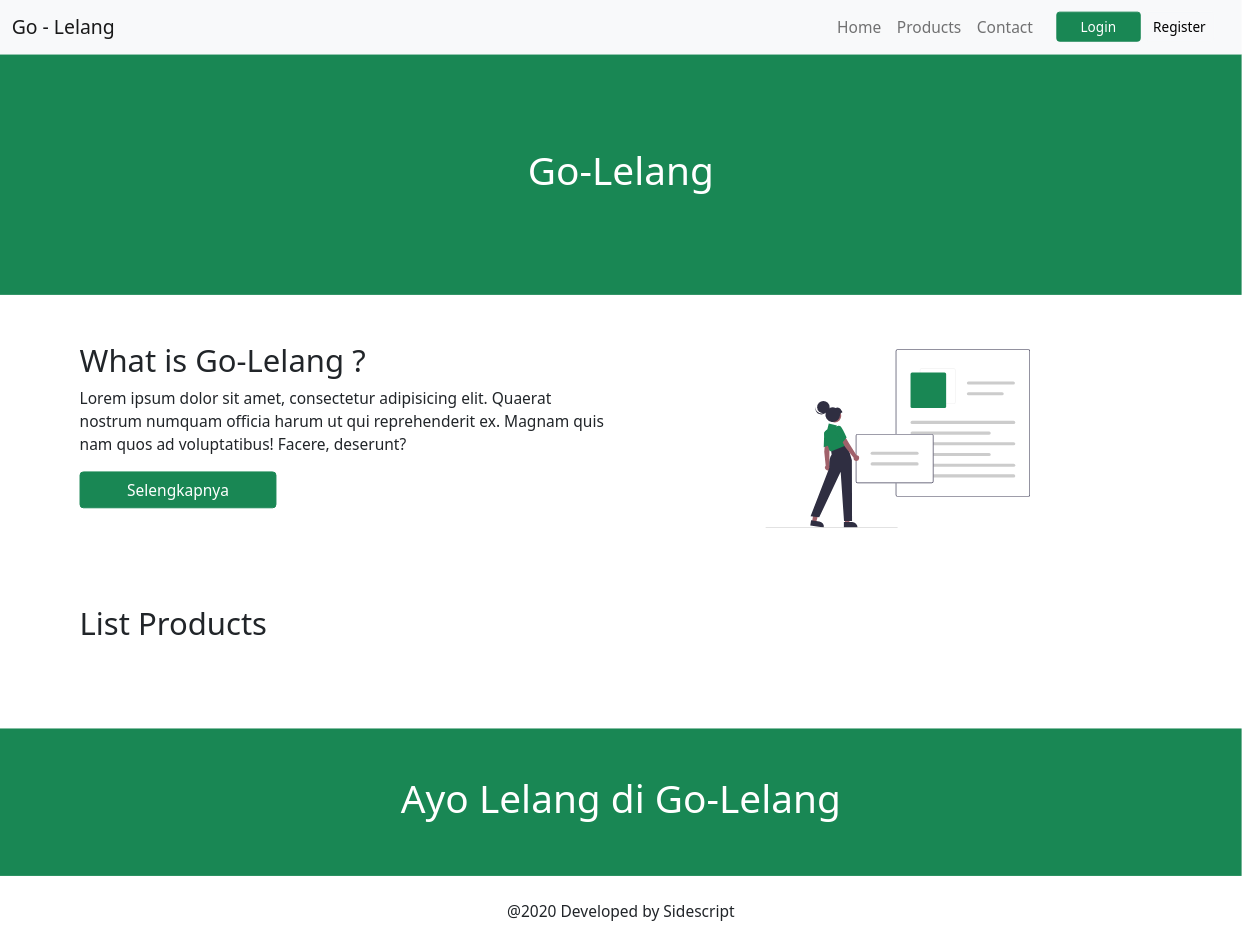
Repository: khulqu15/Go---Lelalng
Page: http://localhost/
These files come from the project's save history. The page is drawn as it stood at one moment and after the next save; the edit follows.
The browser window is 1280 px wide. The pictures show the whole page, at 97% of full size.
The page is served by the project's Laravel application, run on PHP 8.4 with Laravel 8. Queries for data that is not in the repository find no rows.

Above is the page before, as saved 2021-02-22 10:30:21.

After the next save:
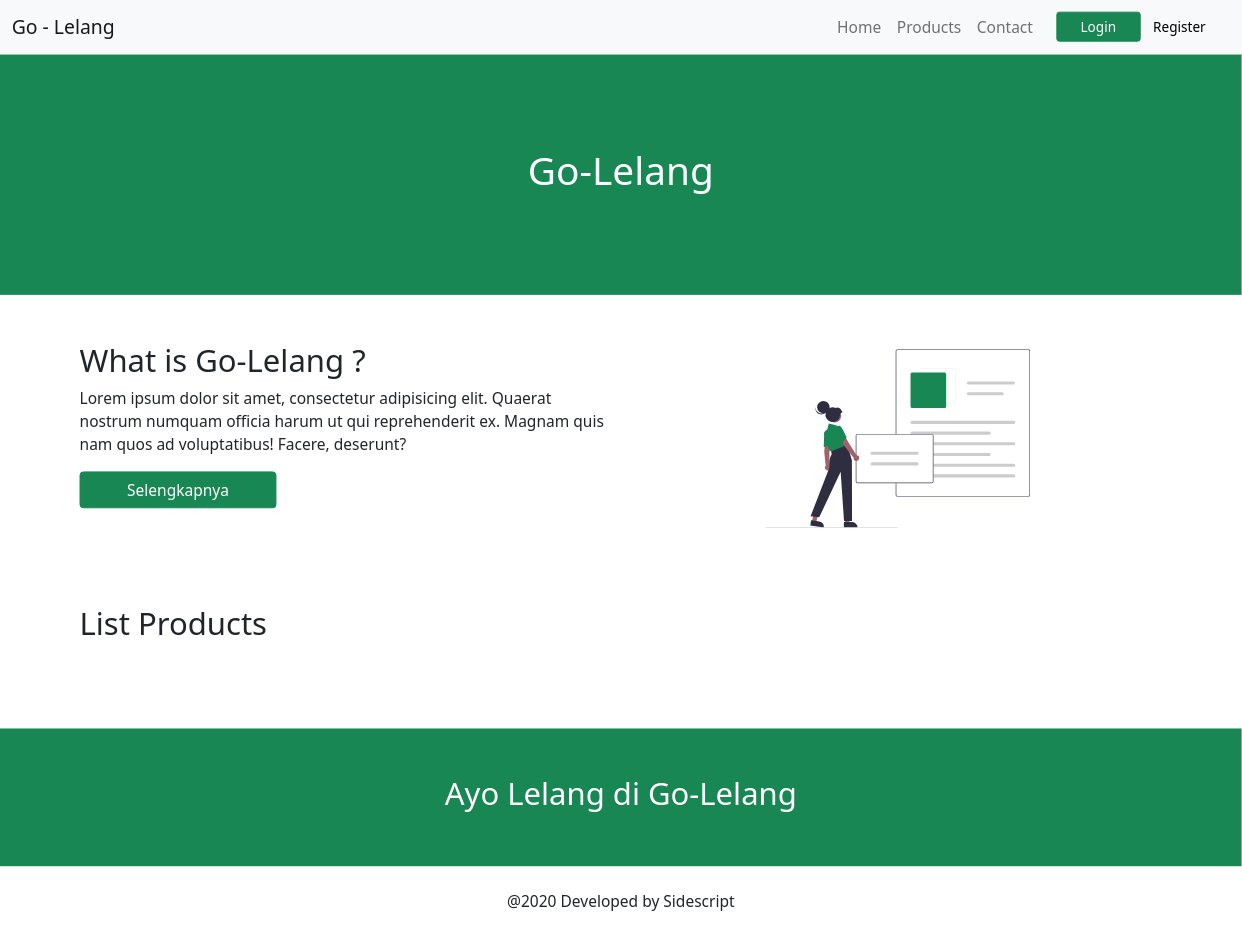
Saved 25 s later.
--- a/resources/views/welcome.blade.php
+++ b/resources/views/welcome.blade.php
@@ -61,7 +61,7 @@
     <div class="container-fluid bg-success py-5">
         <div class="row">
             <div class="col-md-12 text-white text-center">
-                <h1>Ayo Lelang di Go-Lelang</h1>
+                <h2 class="font-weight-bold">Ayo Lelang di Go-Lelang</h2>
             </div>
         </div>
     </div>
